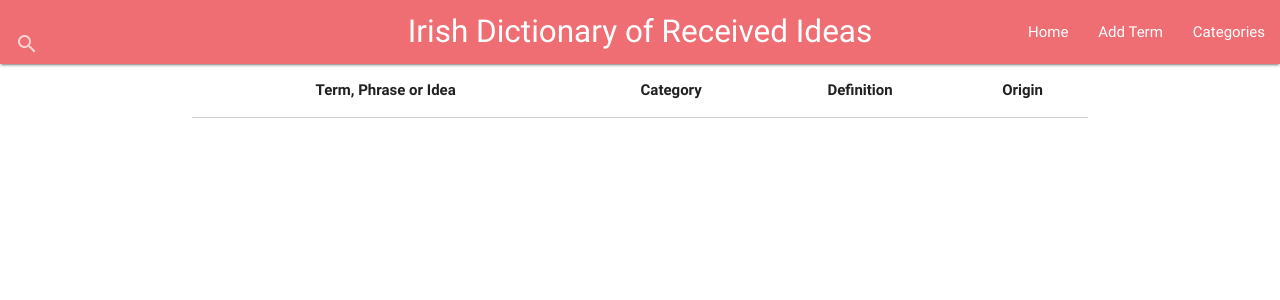
Repository: kalkiboru111/irish-dictionary-of-received-ideas
Page: http://localhost/
The author's editor kept a record of every edit. The page is drawn from the files as they stood at one moment, then again after the next edit.
The browser window is 1280 px wide. The pictures show the whole page.
Some web libraries are served in a nearby version. The page is served by the project's application, run on Flask 3 (app.py). Queries for data that is not in the repository find no rows.

Above is the page before.
Console error: TypeError: $(...).sidenav is not a function

### templates/terms.html

{% extends 'base.html' %}
{% block content %}

    <table class="highlight centered responsive-table">
        <thead>
          <tr>
              <th>Term, Phrase or Idea</th>
              <th>Category</th>
              <th>Definition</th>
              <th>Origin</th>
          </tr>
        </thead>
        <tbody>
        {% for term in terms %}
          <tr>
            <td>{{term.term_name}}</td>
            <td>{{term.category_name}}</td>
            <td>{{term.term_definition}}</td>
            <td>{{term.term_origin}}</td>
            <td><a href="{{url_for('delete_term', term_id=term._id)}}" class="waves-effect waves-light btn btn_small">Passe</a></td>
            <td><a href="{{url_for('edit_term', term_id=term._id)}}" class="waves-effect waves-light btn btn-small">Refine</a></td>
          </tr>
         {% endfor %}
        </tbody>
    </table>

{% endblock %}

### templates/base.html
<!DOCTYPE html>
<html>

<head>
    <link href="https://fonts.googleapis.com/icon?family=Material+Icons" rel="stylesheet">
    <link rel="stylesheet" href="https://cdnjs.cloudflare.com/ajax/libs/materialize/0.100.2/css/materialize.min.css">
    <link rel="stylesheet" href="{{url_for('static', filename='css/style.css')}}" type="text/css" />
    <script src="https://kit.fontawesome.com/845efe5847.js"></script>
</head>

<body>
    <header>
        <nav>
            <div class="nav-wrapper">
                <ul>
                    <li><a href="{{url_for('get_terms')}}" class="brand-logo center">Irish Dictionary of Received Ideas</a></li>
                </ul>
                <form>
                    <div class="input-field">
                        <input id="search" class="autocomplete" type="search" required>
                        <label for="search"><i class="material-icons">search</i></label>
                        <i class="material-icons icon-close">close</i>
                    </div>
                </form>
                <ul id="main-menu" class="right">
                    <li><a href="{{url_for('get_terms')}}">Home</a></li>
                    <li><a href="{{url_for('add_term')}}">Add Term</a></li>
                    <li><a href="{{url_for('get_categories')}}">Categories</a></li>
                </ul>
            </div>
        </nav>
    </header>
    <div class="container">
        {% block content %} {% endblock %}
    </div>
    <script src="https://cdnjs.cloudflare.com/ajax/libs/jquery/3.2.1/jquery.min.js"></script>
    <script src="https://cdnjs.cloudflare.com/ajax/libs/materialize/0.100.2/js/materialize.min.js"></script>
    <script type="text/javascript">
        $(document).ready(function() {
            $('select').material_select();
            $('.sidenav').sidenav();
            $('input.autocomplete').autocomplete({
                data: {
                    "Apple": null,
                    "Microsoft": null,
                    "Google": 'https://placehold.it/250x250'
                },
            });
        });
    </script>

</body>

</html>

### app.py
import os
from flask import Flask, render_template, redirect, request, url_for
from flask_pymongo import PyMongo
from bson.objectid import ObjectId

app = Flask(__name__)

app.config['MONGO_DBNAME'] = 'irish_dictionary'
app.config["MONGO_URI"] = os.getenv("MONGO_URI")

mongo = PyMongo(app)

@app.route('/')

# View directs user to terms page
@app.route('/get_terms')
def get_terms():
    return render_template("terms.html",
    terms=mongo.db.terms.find())


@app.route('/add_term')
def add_term():
    return render_template("add_term.html",
    categories=mongo.db.categories.find())

@app.route('/insert_term', methods=['POST'])
def insert_term():
    terms = mongo.db.terms
    terms.insert_one(request.form.to_dict())
    return redirect(url_for('get_terms'))

@app.route('/edit_term/<term_id>')
def edit_term(term_id):
    the_term =  mongo.db.terms.find_one({"_id": ObjectId(term_id)})
    all_categories =  mongo.db.categories.find()


    print(mongo.db)
    return render_template('edit_term.html', term=the_term,
                           categories=all_categories)


@app.route('/update_term/<term_id>', methods=['POST'])
def update_term(term_id):
    terms = mongo.db.terms
    terms.update( {"_id": ObjectId(term_id)},
    {   'term_name':request.form.get('term_name'),
        'category_name':request.form.get('category_name'),
        'term_definition': request.form.get('term_definition'),
        'term_origin':request.form.get('term_origin')
    })
    return redirect(url_for('get_terms'))

@app.route('/delete_term/<term_id>')
def delete_term(term_id):
    mongo.db.terms.remove({"_id": ObjectId(term_id)})
    return redirect(url_for('get_terms'))

@app.route('/get_categories')
def get_categories():
    return render_template("categories.html",
    categories=mongo.db.categories.find())

@app.route('/edit_category/<category_id>')
def edit_category(category_id):
    return render_template('editcategory.html',
    category=mongo.db.categories.find_one(
    {'_id': ObjectId(category_id)}))

@app.route('/update_category/<category_id>', methods=['POST'])
def update_category(category_id):
    mongo.db.categories.update(
        {'_id': ObjectId(category_id)},
        {'category_name': request.form.get('category_name')})
    return redirect(url_for('get_categories'))

@app.route('/delete__category/<category_id>')
def delete_category(category_id):
    mongo.db.categories.remove(
        {'_id': ObjectId(category_id)})
    return redirect(url_for('get_categories'))

@app.route('/insert_category', methods=['POST'])
def insert_category():
    category_doc = {'category_name': request.form.get('category_name')},
    mongo.db.categories.insert_one(category_doc)
    return redirect(url_for('get_categories'))

@app.route('/add_category')
def add_category():
    return render_template('addcategory.html')

@app.route('/find_term', methods=['POST'])
def find_term(term_name):
    return render_template('searchresults.html',
    term=mongo.db.categories.find_one(
    {'term_name': ObjectId(term_name)}))

if __name__ == '__main__':
    app.run(host=os.environ.get('IP'),
            port=int(os.environ.get('PORT')),
            debug=True)

### static/css/style.css
/* body {
    background-color: red;
} */



#main-menu {position:absolute; right:0; top : 0;}

.brand-logo {position:absolute; z-index: 9;}

After the next edit:
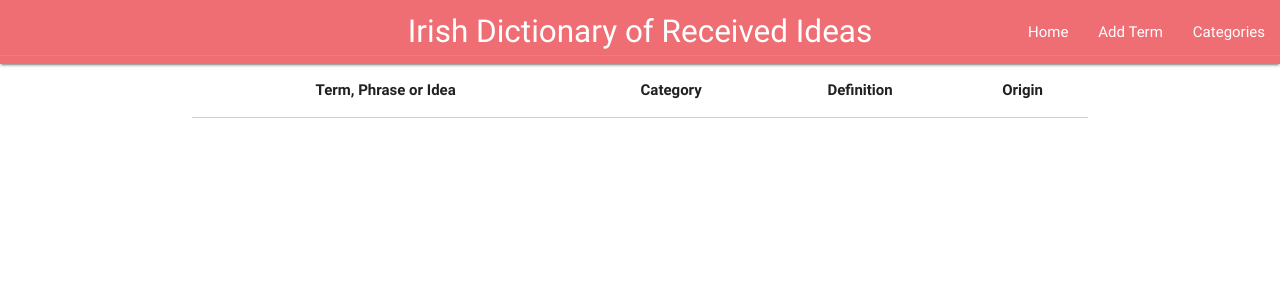
The edit:
--- a/templates/base.html
+++ b/templates/base.html
@@ -16,6 +16,9 @@
                     <li><a href="{{url_for('get_terms')}}" class="brand-logo center">Irish Dictionary of Received Ideas</a></li>
                 </ul>
                 <form>
+                    <form action="/find_recipes" method="POST" class="search_box">
+<input id="search" type="search" required="" name="search_term">
+
                     <div class="input-field">
                         <input id="search" class="autocomplete" type="search" required>
                         <label for="search"><i class="material-icons">search</i></label>

After the 3 edits that followed:
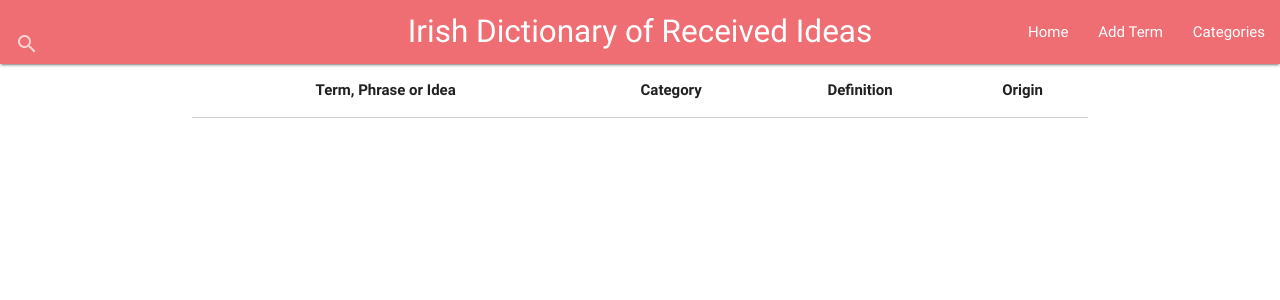
The 3 edits are shown as one change because 2 left the picture as it was.
The edit:
--- a/templates/base.html
+++ b/templates/base.html
@@ -15,12 +15,9 @@
                 <ul>
                     <li><a href="{{url_for('get_terms')}}" class="brand-logo center">Irish Dictionary of Received Ideas</a></li>
                 </ul>
-                <form>
-                    <form action="/find_recipes" method="POST" class="search_box">
-<input id="search" type="search" required="" name="search_term">
-
+                <form action="/search" method="GET" class= search_box>
                     <div class="input-field">
-                        <input id="search" class="autocomplete" type="search" required>
+                        <input id="search" name="search" class="autocomplete" type="search" required>
                         <label for="search"><i class="material-icons">search</i></label>
                         <i class="material-icons icon-close">close</i>
                     </div>
